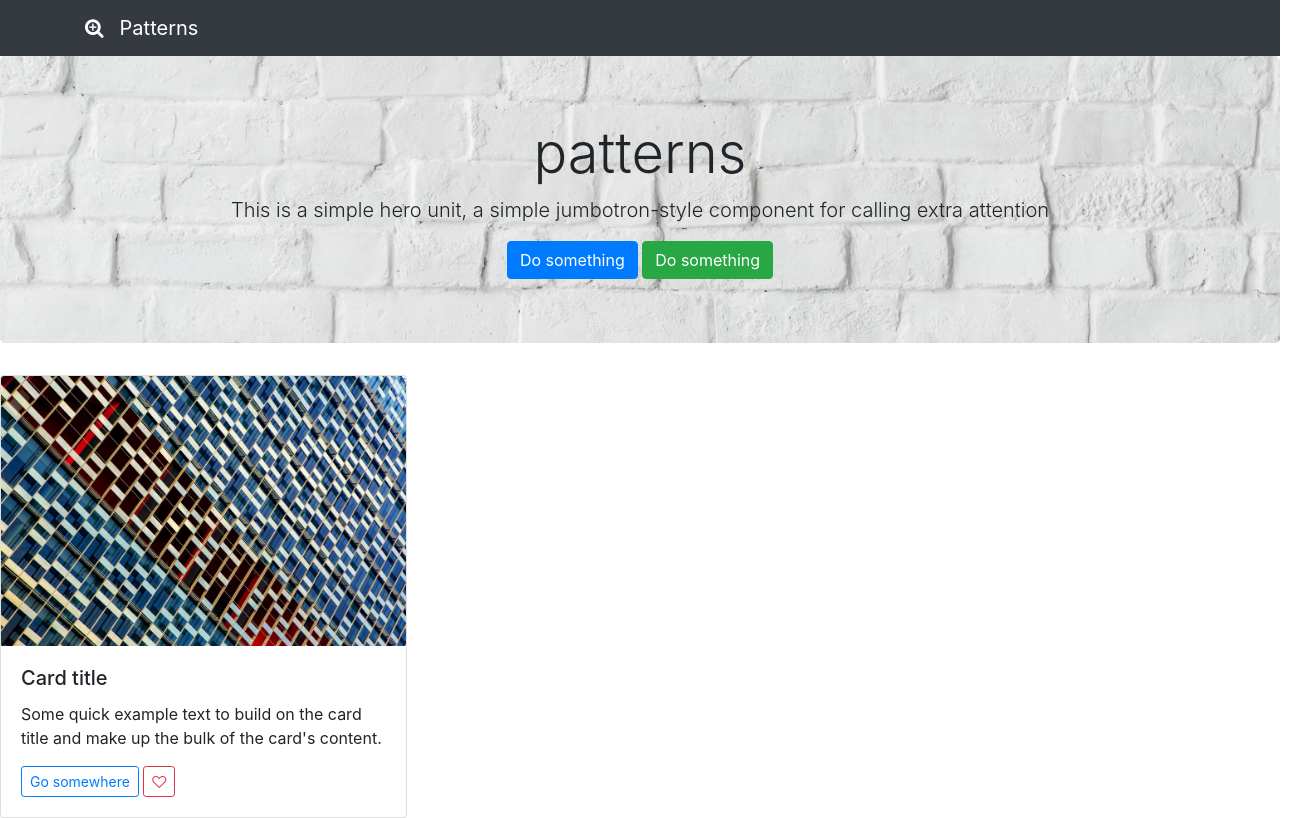
Repository: Mietlicha/patterns
Page: index.html
An editor plug-in stored every save of this project. The page is shown before and after the next save, followed by the edit.
The browser window is 1280 px wide. The page is 1295 px wide, then 1280 px, so the pictures cover 1295 px, including what lies to the right of the window. The pictures show the whole page.

Above is the page before, as saved 2019-10-24 11:54:03.

After the next save:
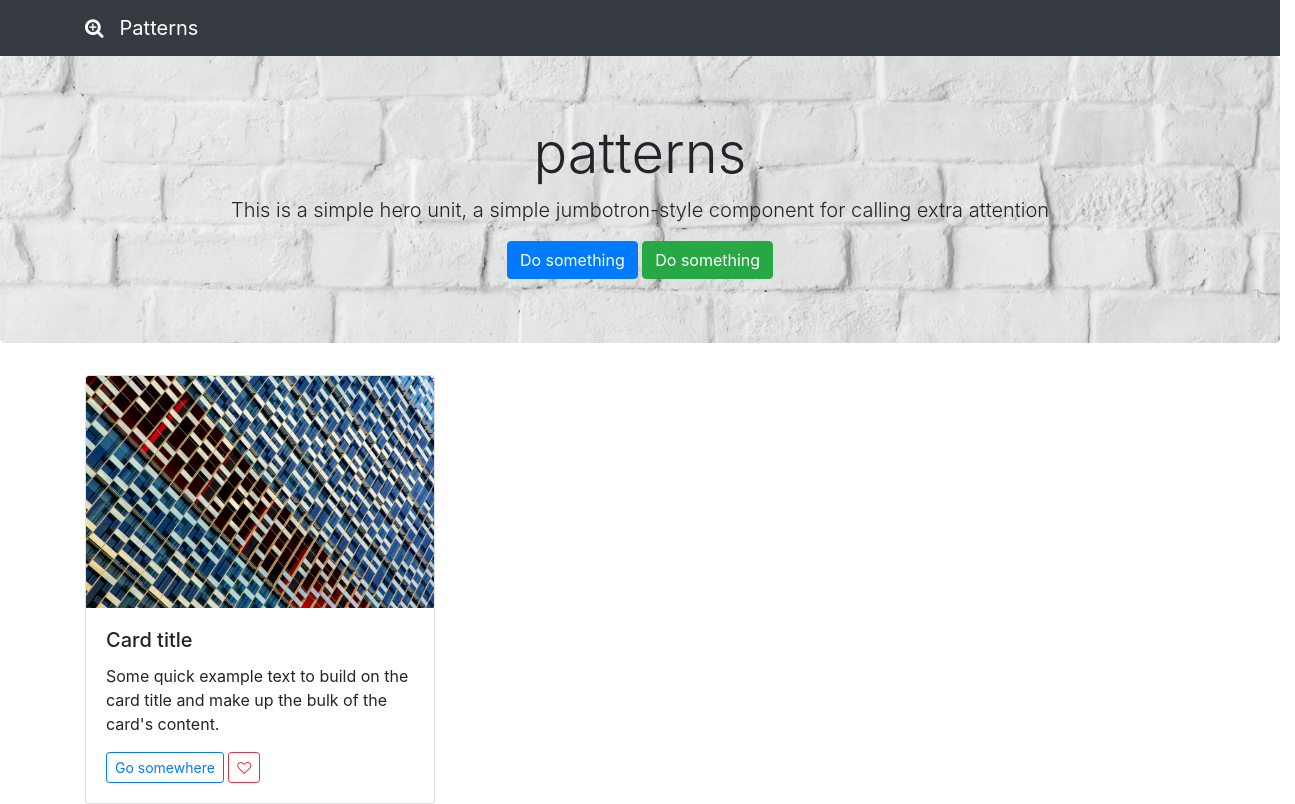
Saved 41 s later.
--- a/index.html
+++ b/index.html
@@ -29,7 +29,7 @@
             </div>
         </section>
 
-        <section id="gallery container">
+        <section id="gallery" class="container">
             <div class="row">
                 <div class="col-md-4">
                     <div class="card">
